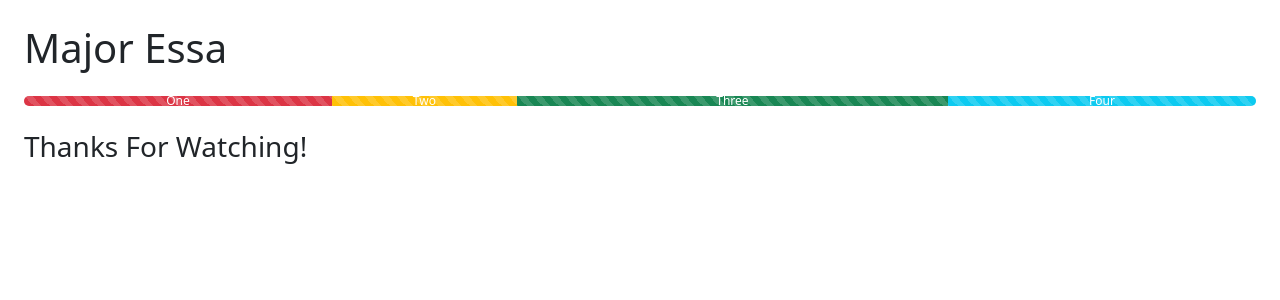
Repository: sarahlochhead/check-santas-list
Page: index.html
The author's editor kept a copy of each file at every save. The page is drawn from the files as they stood at one save, then again after the next save.
The browser window is 1280 px wide. The pictures show the whole page.

Above is the page before, as saved 2022-11-23 15:01:04.

### index.html
<!DOCTYPE html>
<html lang="en">
<head>
    <meta charset="utf-8">
    <meta name="viewport" content="width=device-width, initial-scale=1, shrink-to-fit=no">
    <title>Progress Bar | Bootstrap</title>
    <!-- STEP 1: Link to Bootstrap CSS -->
    <link href="https://cdn.jsdelivr.net/npm/bootstrap@5.2.3/dist/css/bootstrap.min.css"  rel="stylesheet" integrity="sha384-rbsA2VBKQhggwzxH7pPCaAqO46MgnOM80zW1RWuH61DGLwZJEdK2Kadq2F9CUG65" crossorigin="anonymous">
</head>
<body class="m-4">
    <!-- STEP 3: Review the HTML for the page -->
    <main>
        <h1>Major Essa</h1>
        <!-- STEP 4: Create a div and add .progress and some top and bottom margin -->
        <div class="progress mt-4 mb-4 sticky-top" style="height: 10px;">
            <!-- STEP 5: Create another div .progress-bar. Add the appropriate roles and aria attributes (b/c this is not the HTML5 semantic element <progress>)-->
            <div class="progress-bar bg-danger progress-bar-striped progress-bar-animated" role="progressbar" aria-label="Long Read Progress Bar" style="width:25%" aria-valuenow="25" aria-valuemin="0" aria-valuemax="100">One</div>
            <!-- STEP 6: Change the value of width property to 50% percentage and see what happens Note: The aria-valuenow should also be changed -->
            <!-- STEP 7: Add a label to the progress-bar adding text in the div -->
            <!-- STEP 8: Add a bootstrap background color to the progress-bar (bg-success bg-info bg-warning) -->
            <!-- STEP 9: Try adding a bootstrap class of .progress-bar-striped and .progress-bar-animated to the .progress-bar -->
            <!-- STEP 10: Create three more inner divs .progress bar and change the color and width. (copy/paste) -->
            <div class="progress-bar bg-warning progress-bar-striped progress-bar-animated" role="progressbar" aria-label="Long Read Progress Bar" style="width:15%" aria-valuenow="15" aria-valuemin="0" aria-valuemax="100">Two</div>
            <div class="progress-bar bg-success progress-bar-striped progress-bar-animated" role="progressbar" aria-label="Long Read Progress Bar" style="width:35%" aria-valuenow="35" aria-valuemin="0" aria-valuemax="100">Three</div>
            <div class="progress-bar bg-info progress-bar-striped progress-bar-animated" role="progressbar" aria-label="Long Read Progress Bar" style="width:25%" aria-valuenow="25" aria-valuemin="0" aria-valuemax="100">Four</div>
            <!-- STEP 11: Set a height on the div.progress -->
            <!-- STEP 12: give the the div.progress a position class .sticky-top -->
        </div> <!-- .progress -->

        <footer id="end">
            <h3>Thanks For Watching!</h3>
        </footer>
    </main>
    <!-- STEP 2: Link to Bootstrap JS -->
    <script src="https://cdn.jsdelivr.net/npm/bootstrap@5.2.3/dist/js/bootstrap.bundle.min.js"></script>
</body>
</html>

After the next save:
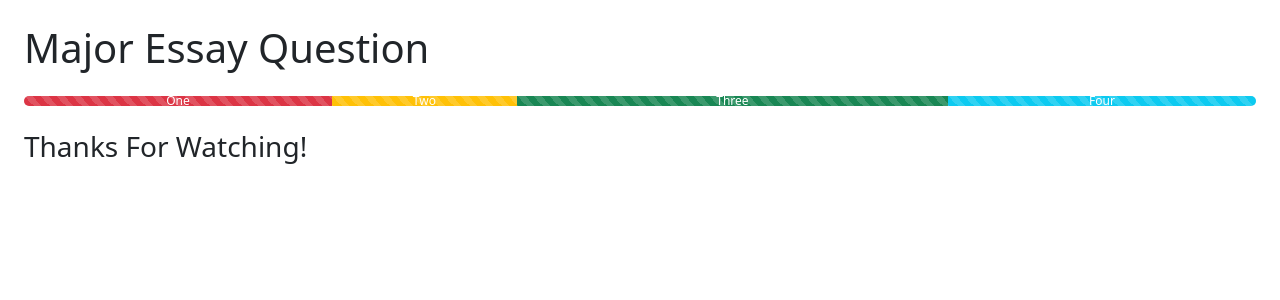
Saved 4 s later.
--- a/index.html
+++ b/index.html
@@ -10,7 +10,7 @@
 <body class="m-4">
     <!-- STEP 3: Review the HTML for the page -->
     <main>
-        <h1>Major Essa</h1>
+        <h1>Major Essay Question</h1>
         <!-- STEP 4: Create a div and add .progress and some top and bottom margin -->
         <div class="progress mt-4 mb-4 sticky-top" style="height: 10px;">
             <!-- STEP 5: Create another div .progress-bar. Add the appropriate roles and aria attributes (b/c this is not the HTML5 semantic element <progress>)-->
